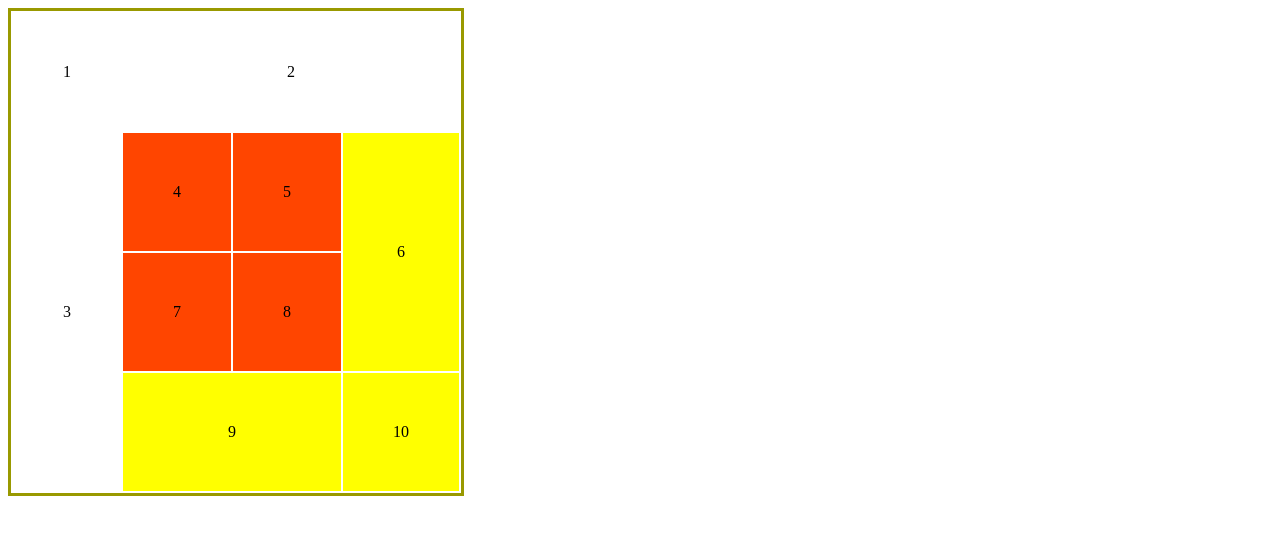
Repository: watermelonfee/HTCNWEB
Page: HTML/Tuan01/BT06/BT06a.html
These files come from the project's save history. The page is drawn as it stood at one moment and after the next save; the edit follows.
The browser window is 1280 px wide. The pictures show the whole page.

Above is the page before, as saved 2023-02-23 21:37:17.

### HTML/Tuan01/BT06/BT06a.html
<!DOCTYPE html>
<html lang="en">
<head>
    <meta charset="UTF-8">
    <meta http-equiv="X-UA-Compatible" content="IE=edge">
    <meta name="viewport" content="width=device-width, initial-scale=1.0">
    <title>Document</title>
</head>
<style>
    th,td{
        padding: 50px;
    }
    th, td {
        text-align: center;
    }
</style>
<body>
    <table cellspacing="2" cellpadding="50" bordercolor="#999900">
        <tr>
            <td id="ID-1">1</td>
            <td colspan="4">2</td>
        </tr>
        <tr>
            <td id="ID-3"rowspan="3">3</td>
            <td id="ID-4" bgcolor="orangered">4</td>
            <td id="ID-5"bgcolor="orangered">5</td>
            <td id="ID-6" bgcolor="yellow" colspan="2" rowspan="2">6</td>
        </tr>
        <tr>
            <td id="ID-7"bgcolor="orangered">7</td>
            <td id="ID-8"bgcolor="orangered">8</td>
        </tr>
        <tr>
            <td id="ID-9" bgcolor="yellow"colspan="2">9</td>
            <td id="ID-10"bgcolor="yellow"colspan="2">10</td>
        </tr>
    </table>
</body>
</html>

After the next save:
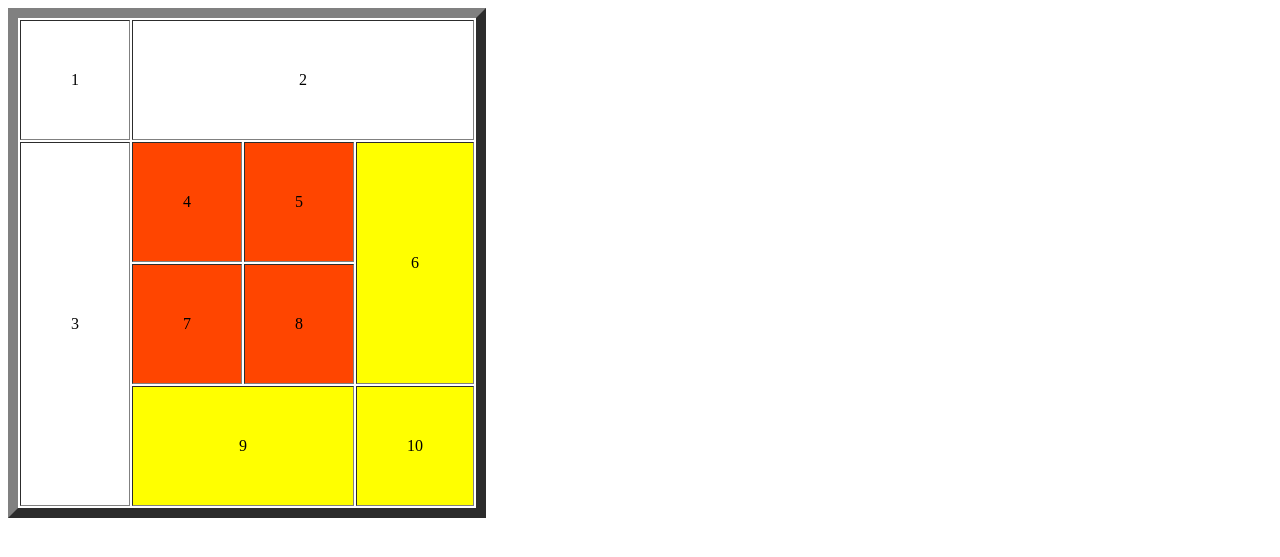
Saved 5 min 22 s later.
--- a/HTML/Tuan01/BT06/BT06a.html
+++ b/HTML/Tuan01/BT06/BT06a.html
@@ -15,7 +15,7 @@
     }
 </style>
 <body>
-    <table cellspacing="2" cellpadding="50" bordercolor="#999900">
+    <table border= 10px solid >
         <tr>
             <td id="ID-1">1</td>
             <td colspan="4">2</td>
